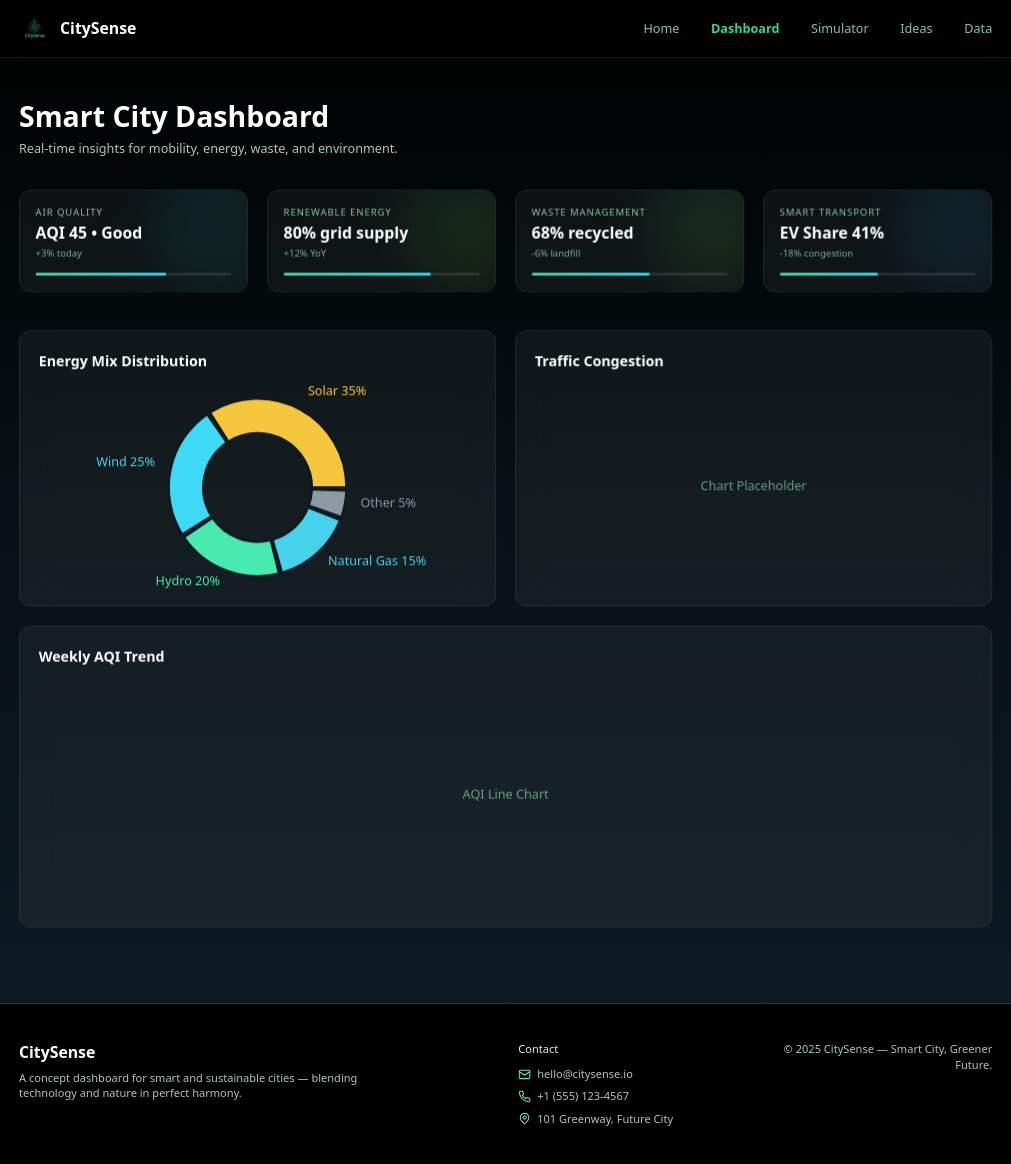
Repository: crashyet/CitySense
Page: /dashboard
These files come from the project's save history. The page is drawn as it stood at one moment and after the next save; the edit follows.
The browser window is 1280 px wide. The pictures show the whole page, at 79% of full size.
The project was rebuilt for these pictures with package versions that can differ from the ones it lists, and the page was loaded fresh each time. Also part of the build but not shown: vite.config.js, src/pages/landing/Hero.jsx, src/pages/landing/DashboardPreview.jsx, src/pages/landing/Infographic.jsx, src/pages/landing/Community.jsx, src/pages/landing/index.jsx, src/pages/Simulator/index.jsx, src/pages/Ideas/index.jsx and 1 more.

Above is the page before, as saved 2025-11-16 23:15:02.

After the next save:
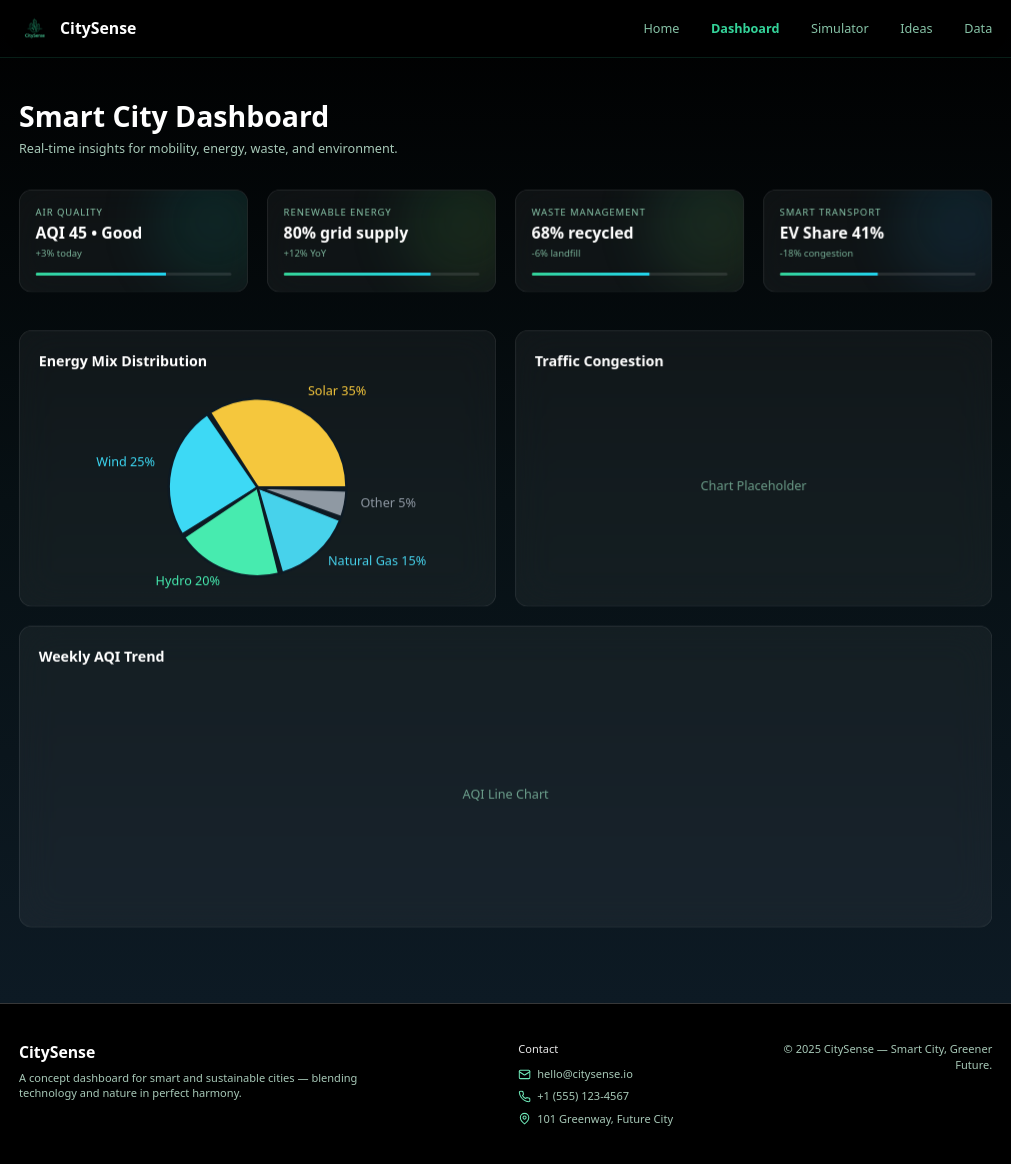
Saved 54 s later.
--- a/src/components/EnergyPieChart.jsx
+++ b/src/components/EnergyPieChart.jsx
@@ -19,7 +19,6 @@ export default function EnergyPieChart() {
             nameKey="name"
             cx="50%"
             cy="50%"
-            innerRadius="55%"    // donut effect clean
             outerRadius="90%"
             stroke="#0d1a24"     // darker outline → modern look
             strokeWidth={3}
